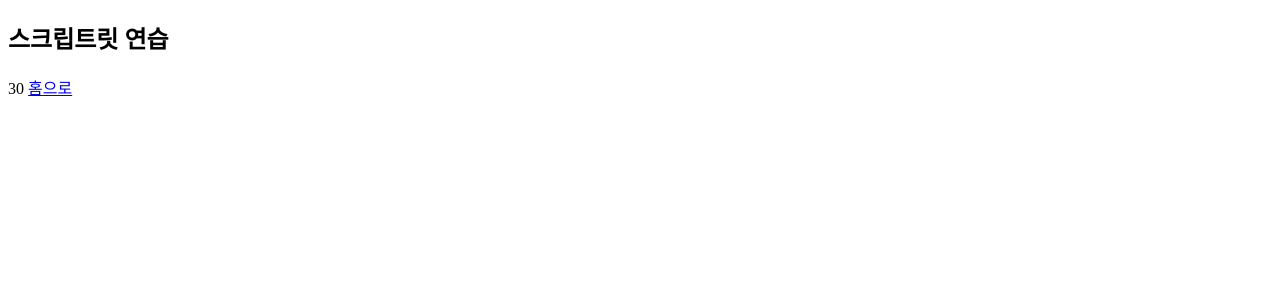
Repository: pasongvan/Back
Page: http://localhost/BackEnd_02_JSP/02_Scriptlet.jsp
These files come from the project's save history. The page is drawn as it stood at one moment and after the next save; the edit follows.
The browser window is 1280 px wide. The pictures show the whole page.
The page is served by Tomcat 10. Other server files are loaded and not shown.

Above is the page before, as saved 2024-09-20 00:35:32.

### BackEnd_02_JSP/src/main/webapp/02_Scriptlet.jsp
<%@ page language="java" contentType="text/html; charset=UTF-8"
	pageEncoding="UTF-8"%>
<!DOCTYPE html>
<html>
<head>
<meta charset="UTF-8">
<title>스크립트릿</title>
</head>
<body>
	<h2>스크립트릿 연습</h2>

	<%
		int A = 10;
		int B = 20;

		int sum = A + B;

		out.print(sum);
	%>

	<a href="index.html">홈으로</a>
</body>
</html>

After the next save:
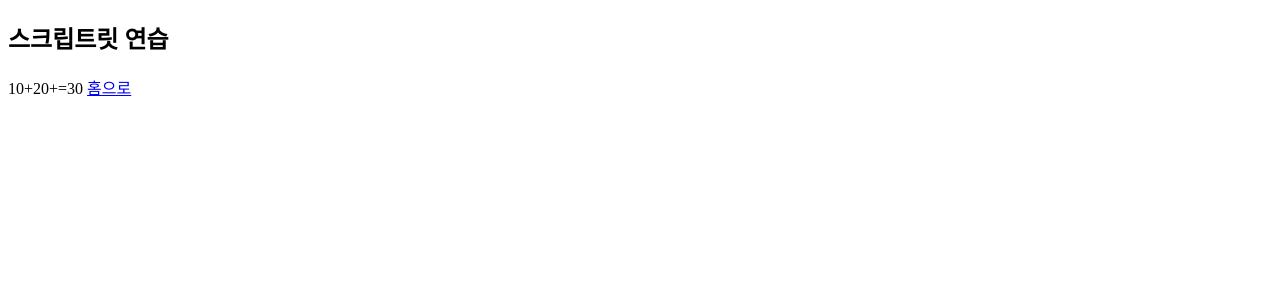
Saved 32 s later.
--- a/BackEnd_02_JSP/src/main/webapp/02_Scriptlet.jsp
+++ b/BackEnd_02_JSP/src/main/webapp/02_Scriptlet.jsp
@@ -15,7 +15,7 @@
 
 		int sum = A + B;
 
-		out.print(sum);
+		out.print(A+"+"+B+"+"+"="+sum);
 	%>
 
 	<a href="index.html">홈으로</a>
